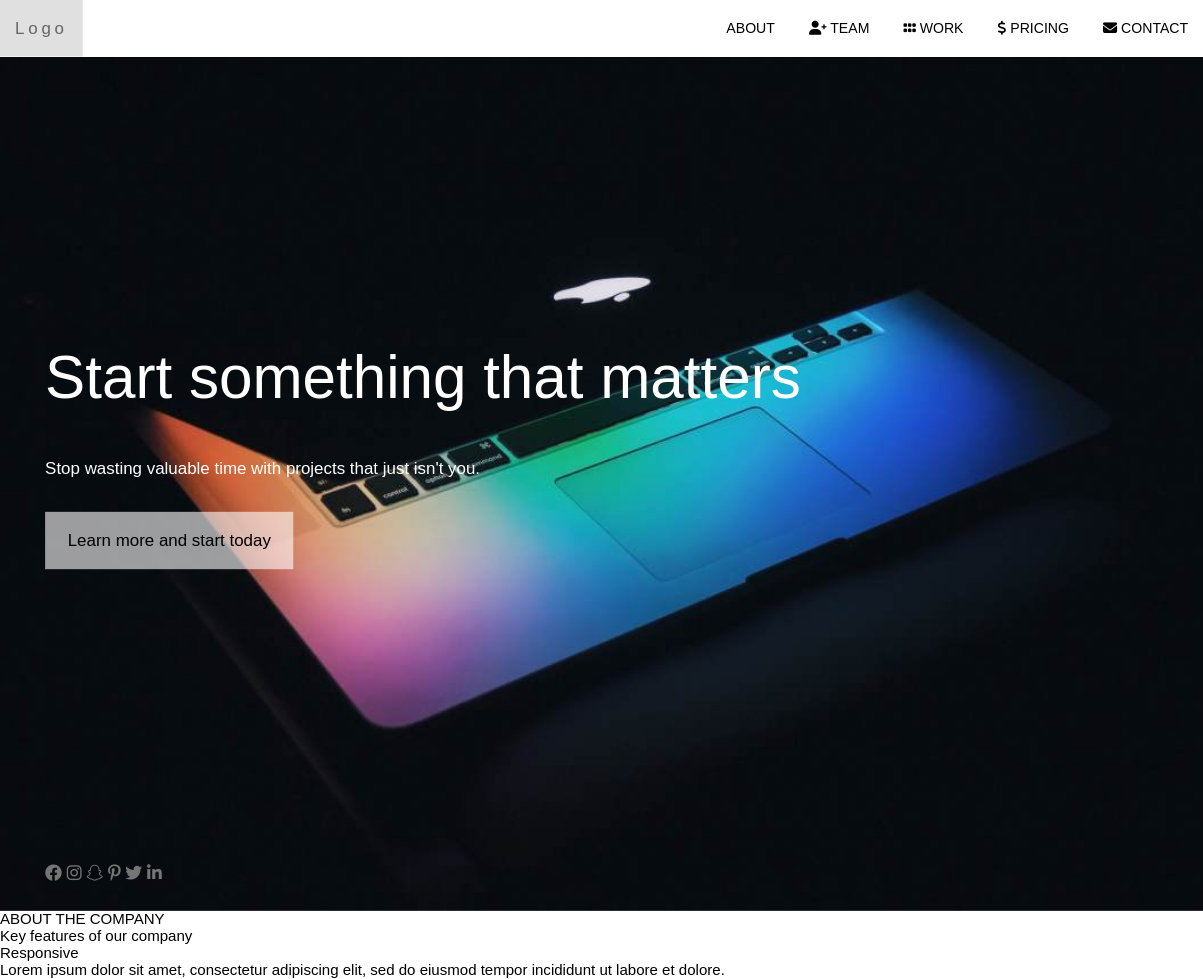
Repository: husterDC/Test
Page: index.html
An editor plug-in stored every save of this project. The page is shown before and after the next save, followed by the edit.
The browser window is 1280 px wide. The pictures show the whole page, at 94% of full size.

Above is the page before, as saved 2022-10-13 12:36:01.

### index.html
<!DOCTYPE html>
<html lang="en">
<head>
    <meta charset="UTF-8">
    <meta http-equiv="X-UA-Compatible" content="IE=edge">
    <meta name="viewport" content="width=device-width, initial-scale=1.0">
    <title>Document</title>
    <link rel="stylesheet" href="./assets/style.css">
    <link rel="stylesheet" href="./assets/css/responsive.css">
    <link rel="stylesheet" href="./fonts/themify-icons/themify-icons.css">
    <link rel="stylesheet" href="./assets/fontawesome-free-6.1.1-web/css/all.min.css">
</head>
</head>
<body>
    <div class="header">
        <div class="header_logo">
            <a href="" class="header_logo-link">Logo</a>
        </div>
        <div class="header_nav">
            <ul class="header_nav-menu">
                <li class="header_nav-item">

                    <a href="" class="header_nav-link">ABOUT</a>
                </li>
                <li class="header_nav-item">
                    <a href="" class="header_nav-link">
                        <i class="header_nav-icon header-nav_icon fa-solid fa-user-plus"></i>
                        TEAM
                    </a>
                </li>
                <li class="header_nav-item">
                    <a href="" class="header_nav-link">
                        <i class="fa-solid fa-grip"></i>
                        WORK
                    </a>
                </li>
                <li class="header_nav-item">
                    <a href="" class="header_nav-link">
                        <i class="header_nav-icon fa-solid fa-dollar-sign"></i>
                        PRICING
                    </a>
                </li>
                <li class="header_nav-item">
                    <a href="" class="header_nav-link">
                        <i class="header_nav-icon fa-solid fa-envelope"></i>
                        CONTACT
                    </a>
                </li>
            </ul>
        </div>
    </div>
    <div class="slider">
        <div class="slider_content">
            <div class="slider_title">Start something that matters</div>
            <div class="slider_dec">Stop wasting valuable time with projects that just isn't you.</div>
            <a href="" class="slider_link">
                <button class="slider_btn">Learn more and start today</button>
            </a>
        </div>
        <div class="slider_social">
            <a href="" class="slider_social-link"><i class="slider_social-icon fa-brands fa-facebook"></i></a>
            <a href="" class="slider_social-link"><i class="slider_social-icon fa-brands fa-instagram"></i></a>
            <a href="" class="slider_social-link"><i class="slider_social-icon fa-brands fa-snapchat"></i></a>
            <a href="" class="slider_social-link"><i class="slider_social-icon fa-brands fa-pinterest-p"></i></a>
            <a href="" class="slider_social-link"><i class="slider_social-icon fa-brands fa-twitter"></i></a>
            <a href="" class="slider_social-link"><i class="slider_social-icon fa-brands fa-linkedin-in"></i></a>
        </div>
    </div>
    <div class="container">
        <div class="container_base container_about">
            <div class="container_about-title">ABOUT THE COMPANY</div>
            <div class="container_about-dec">Key features of our company</div>
            <div class="container_about-member">
                <div class="container_about-item">
                    <div class="container_about-item-name">Responsive</div>
                    <div class="container_about-item-dec">Lorem ipsum dolor sit amet, consectetur adipiscing elit, sed do eiusmod tempor incididunt ut labore et dolore.</div>
                </div>
            </div>
        </div>
    </div>
</body>
</html>

### assets/style.css
* {
    padding: 0;
    margin: 0;
    box-sizing: border-box;
}
html {

    scroll-behavior: smooth;
    font-family: Arial, Helvetica, sans-serif;
}
.white-text {
    color: #fff;
}
.clear {
    clear: both;
}
.header {
    height: 60px;
    width: 100%;
    font-size: 15px;
    background-color: #fff;
    display: flex;
    align-items: center;
    position: fixed;
    z-index: 2;
}
.header_logo {
    flex: 1;
    font-size: 18px;
    letter-spacing: 4px;
    opacity: 0.6;
}
.header_logo-link {
    position: absolute;
    left: 0;
    top: 50%;
    transform: translateY(-50%);
    padding: 0 16px;
    text-align: center;
    line-height: 60px;

}
.header_nav-menu {
    position: absolute;
    right: 0;
    top: 50%;
    transform: translateY(-50%);
    text-align: center;
}
.header_nav-item {
    line-height: 60px;
    display: inline-block;
    margin: 0;
    padding: 0 16px;
}
.header_logo-link,
.header_nav-link {
    text-decoration: none;
    color: #000;
}
.header_logo-link:hover,
.header_nav-item:hover {
    background-color: #ccc;
    cursor: pointer;
}
.slider {
    position: relative;
    height: 969px;
    background: url('./img/mac.jpg') top center / cover no-repeat;
    color: #fff;
    font-size: 18px;
    padding: 0 48px;
}
.slider_content {
    position: absolute;
    top: 50%;
    transform: translateY(-50%);
}
.slider_title {
    font-size: 64px;
    margin-bottom: 50px;
}
.slider_dec {
    margin: 15px 0;
}
.slider_btn {
    background-color: rgba(256,256,256, 0.6);
    font-size: 18px;
    border: none;
    padding: 20px 24px;
    margin-top: 20px;
}
.slider_btn:hover {
    background-color: #ccc;
}
.slider_social {
    position: absolute;
    bottom: 3%;
}
.slider_social-link {
    color: #757575;
}
.slider_social-link:hover {
    opacity: 0.6;
}

Loaded but not shown: fonts/themify-icons/themify-icons.css (common file); assets/fontawesome-free-6.1.1-web/css/all.min.css (library); assets/responsive.css (no copy from this time; the picture is the same without it)

After the next save:
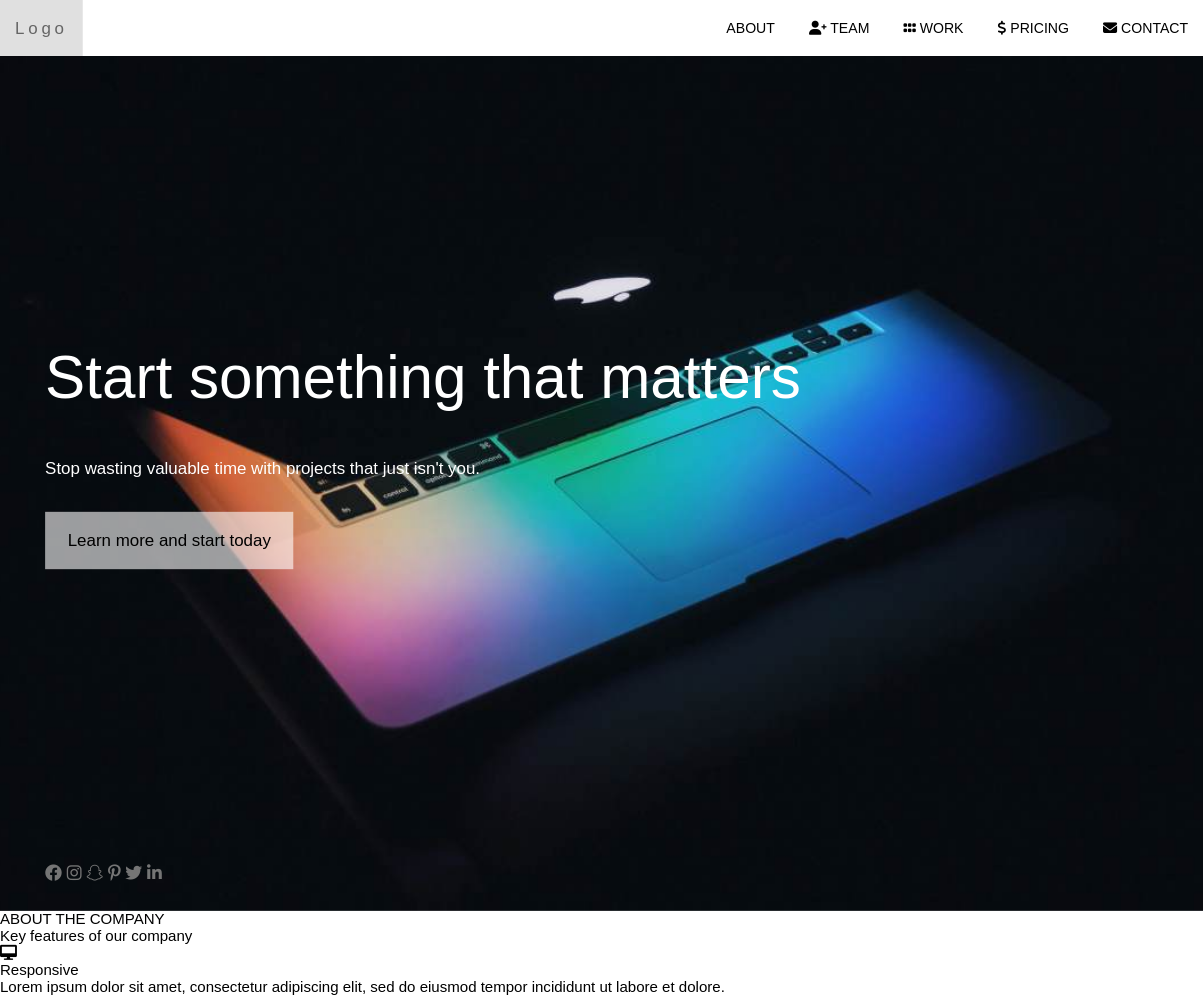
Saved 2 min 8 s later.
--- a/index.html
+++ b/index.html
@@ -72,6 +72,7 @@
             <div class="container_about-dec">Key features of our company</div>
             <div class="container_about-member">
                 <div class="container_about-item">
+                    <i class="container_about-item-icon fa-solid fa-desktop"></i>
                     <div class="container_about-item-name">Responsive</div>
                     <div class="container_about-item-dec">Lorem ipsum dolor sit amet, consectetur adipiscing elit, sed do eiusmod tempor incididunt ut labore et dolore.</div>
                 </div>
